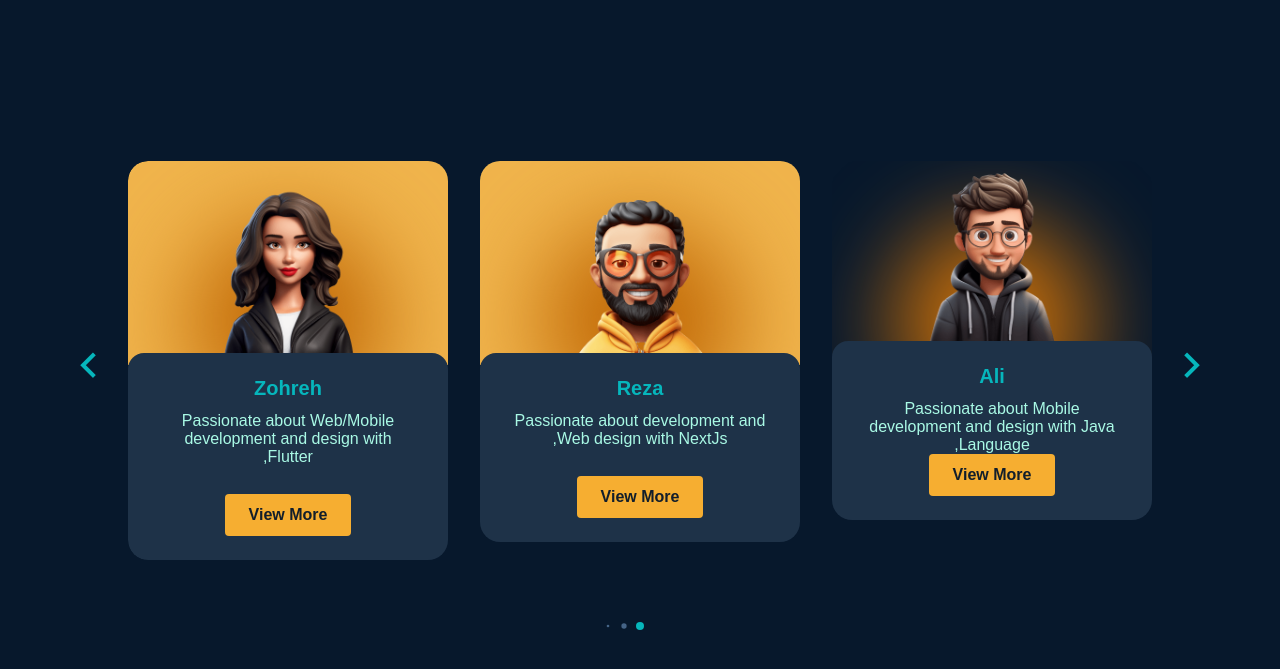
Repository: soroush-g/Card-Slider
Page: index.html
The author's editor kept a copy of each file at every save. The page is drawn from the files as they stood at one save, then again after the next save.
The browser window is 1280 px wide. The pictures show the whole page.
Some web fonts or font styles are not loaded; a fallback is used.

Above is the page before, as saved 2024-07-22 11:28:56.

### index.html
<!DOCTYPE html>
<html dir="rtl" lang="fa">
<head>
    <meta charset="UTF-8">
    <meta name="viewport" content="width=device-width, initial-scale=1.0">

        <!--=============== REMIXICONS ===============-->
        <link rel="stylesheet" href="https://cdnjs.cloudflare.com/ajax/libs/remixicon/3.5.0/remixicon.css" crossorigin="">

        <!--=============== SWIPER CSS ===============-->
        <link rel="stylesheet" href="assets/css/swiper-bundle.min.css">

        <!--=============== CSS ===============-->
        <link rel="stylesheet" href="assets/css/styles.css">
    <title>Card Slider</title>
</head>
<body>
    <section class="container">
        <div class="card__container swiper">
            <div class="card__content">
                <div class="swiper-wrapper">

                    <article class="card__article swiper-slide">
                        <div class="card_image">
                          <img src="assets/img/avatar-1.png" alt="image" class="card__img">
                          <div class="card__shadow"></div>
                        </div>

                        <div class="card__data">
                            <h3 class="card__name">Ali</h3>
                            <p class="card_description">
                                Passionate about Mobile development and design with Java Language,
                            </p>

                            <a href="#" class="card__button">View More</a>
                        </div>
                    </article>

                    <article class="card__article swiper-slide">
                        <div class="card__image">
                            <img src="assets/img/avatar-2.png" alt="image" class="card__img">
                            <div class="card__shadow"></div>
                        </div>
                        <div class="card__data">
                            <h3 class="card__name">Reza</h3>
                            <p class="card__description">
                               Passionate about development and Web design with NextJs,
                            </p>

                            <a href="#" class="card__button">View More</a>
                         </div>
                    </article>

                    <article class="card__article swiper-slide">
                        <div class="card__image">
                            <img src="assets/img/avatar-3.png" alt="image" class="card__img">
                            <div class="card__shadow"></div>
                        </div>
                        <div class="card__data">
                            <h3 class="card__name">Zohreh</h3>
                            <p class="card__description">
                               Passionate about  Web/Mobile development and design with Flutter,
                            </p>

                            <a href="#" class="card__button">View More</a>
                         </div>
                    </article>

                    <article class="card__article swiper-slide">
                        <div class="card__image">
                            <img src="assets/img/avatar-4.png" alt="image" class="card__img">
                            <div class="card__shadow"></div>
                        </div>
                        <div class="card__data">
                            <h3 class="card__name">Nastaran</h3>
                            <p class="card__description">
                               Passionate about Python Developer,
                            </p>

                            <a href="#" class="card__button">View More</a>
                         </div>
                    </article>

                    <article class="card__article swiper-slide">
                        <div class="card__image">
                            <img src="assets/img/avatar-5.png" alt="image" class="card__img">
                            <div class="card__shadow"></div>
                        </div>
                        <div class="card__data">
                            <h3 class="card__name">Mina</h3>
                            <p class="card__description">
                               Passionate about Scrum Master,
                            </p>

                            <a href="#" class="card__button">View More</a>
                         </div>
                    </article>
                </div>
            </div>

            <!-- Navigation buttons -->
             <div class="swiper-button-next">
                <i class="ri-arrow-right-s-line"></i>
             </div>

             <div class="swiper-button-prev">
                <i class="ri-arrow-left-s-line"></i>
             </div>

            <!-- Pagination -->
            <div class="swiper-pagination"></div>
        </div>
    </section>


      <!--=============== SWIPER JS ===============-->
      <script src="assets/js/swiper-bundle.min.js"></script>

      <!--=============== MAIN JS ===============-->
      <script src="assets/js/main.js"></script>
</body>
</html>

### assets/css/styles.css
/*=============== GOOGLE FONTS ===============*/
@import url("https://fonts.googleapis.com/css2?family=Bai+Jamjuree:wght@400;500;600&display=swap");

/*=============== VARIABLES CSS ===============*/
:root {
  /*========== Colors ==========*/
  /*Color mode HSL(hue, saturation, lightness)*/
  --first-color: hsl(38, 92%, 58%);
  --first-color-light: hsl(38, 85%, 62%);
  --first-color-alt: hsl(32, 91%, 40%);
  --second-color: hsl(182, 94%, 38%);
  --dark-color: hsl(212, 40%, 12%);
  --white-color: hsl(165, 87%, 82%);
  --body-color: hsl(212, 73%, 10%);
  --container-color: hsl(212, 42%, 20%);

  /*========== Font and typography ==========*/
  /*.5rem = 8px | 1rem = 16px ...*/
  --body-font: "Bai Jamjuree", sans-serif;
  --h2-font-size: 1.25rem;
  --normal-font-size: 1rem;
}

/*=============== BASE ===============*/
* {
  box-sizing: border-box;
  padding: 0;
  margin: 0;
}

body {
  font-family: var(--body-font);
  font-size: var(--normal-font-size);
  background-color: var(--body-color);
  color: var(--white-color);
}

a {
  text-decoration: none;
}

img {
  display: block;
  max-width: 100%;
  height: auto;
}

/*=============== CARD ===============*/
.container {
  display: flex;
  justify-content: center;
  align-items: center;
  height: 100vh;
}

.card__container {
  padding-block: 5rem;
}

.card__content {
  margin-inline: 1.75rem;
  border-radius: 1.25rem;
  overflow: hidden;
}

.card__article {
  width: 300px; /* Remove after adding swiper js */
  border-radius: 1.25rem;
  overflow: hidden;
}

.card__image {
  position: relative;
  background-color: var(--first-color-light);
  padding-top: 1.5rem;
  margin-bottom: -.75rem;
}

.card__data {
  background-color: var(--container-color);
  padding: 1.5rem 2rem;
  border-radius: 1rem;
  text-align: center;
  position: relative;
  z-index: 10;
}

.card__img {
  width: 180px;
  margin: 0 auto;
  position: relative;
  z-index: 5;
}

.card__shadow {
  width: 200px;
  height: 200px;
  background-color: var(--first-color-alt);
  border-radius: 50%;
  position: absolute;
  top: 3.75rem;
  left: 0;
  right: 0;
  margin-inline: auto;
  filter: blur(45px);
}

.card__name {
  font-size: var(--h2-font-size);
  color: var(--second-color);
  margin-bottom: .75rem;
}

.card__description {
  font-weight: 500;
  margin-bottom: 1.75rem;
}

.card__button {
  display: inline-block;
  background-color: var(--first-color);
  padding: .75rem 1.5rem;
  border-radius: .25rem;
  color: var(--dark-color);
  font-weight: 600;
}

/* Swiper class */
.swiper-button-prev:after,
.swiper-button-next:after {
  content: "";
}

.swiper-button-prev,
.swiper-button-next {
  width: initial;
  height: initial;
  font-size: 3rem;
  color: var(--second-color);
  display: none;
}

.swiper-button-prev {
  left: 0;
}

.swiper-button-next {
  right: 0;
}

.swiper-pagination-bullet {
  background-color: hsl(212, 32%, 40%);
  opacity: 1;
}

.swiper-pagination-bullet-active {
  background-color: var(--second-color);
}

/*=============== BREAKPOINTS ===============*/
/* For small devices */
@media screen and (max-width: 320px) {
  .card__data {
    padding: 1rem;
  }
}

/* For medium devices */
@media screen and (min-width: 768px) {
  .card__content {
    margin-inline: 3rem;
  }

  .swiper-button-next,
  .swiper-button-prev {
    display: block;
  }
}

/* For large devices */
@media screen and (min-width: 1120px) {
  .card__container {
    max-width: 1120px;
  }

  .swiper-button-prev {
    left: -1rem;
  }
  .swiper-button-next {
    right: -1rem;
  }
}

Loaded but not shown: assets/css/swiper-bundle.min.css (library); assets/js/swiper-bundle.min.js (library); assets/js/main.js (common file)

After the next save:
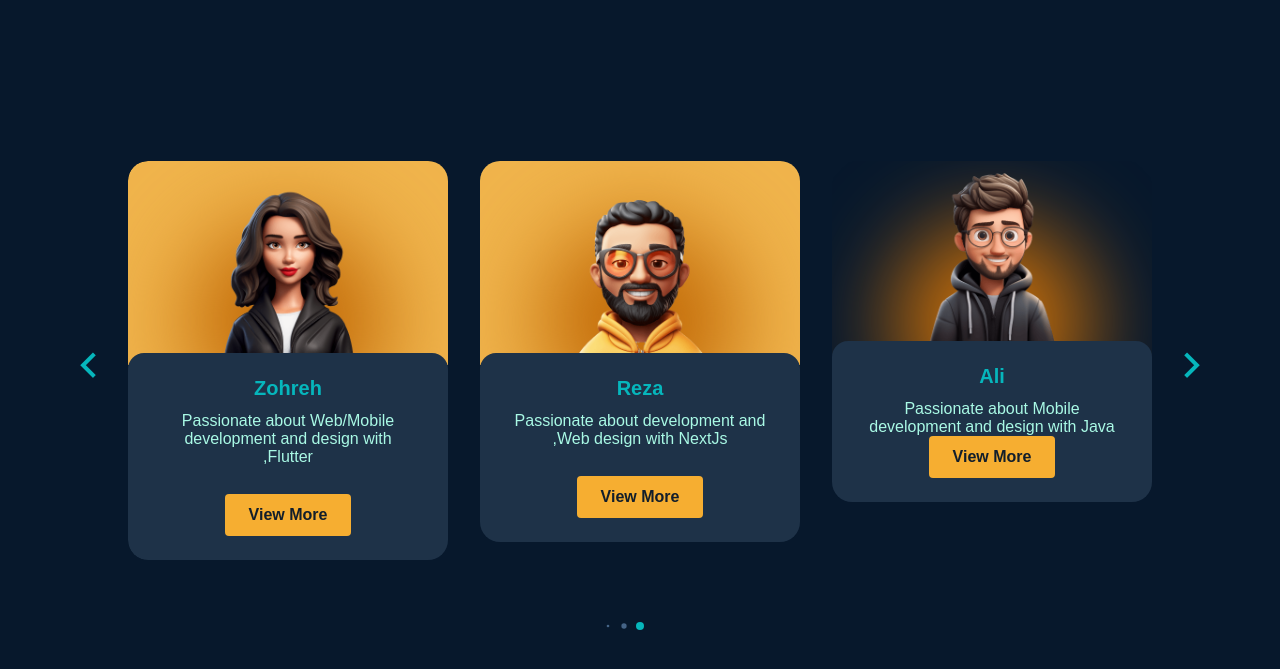
Saved 25 s later.
--- a/index.html
+++ b/index.html
@@ -29,7 +29,7 @@
                         <div class="card__data">
                             <h3 class="card__name">Ali</h3>
                             <p class="card_description">
-                                Passionate about Mobile development and design with Java Language,
+                                Passionate about Mobile development and design with Java
                             </p>
 
                             <a href="#" class="card__button">View More</a>
